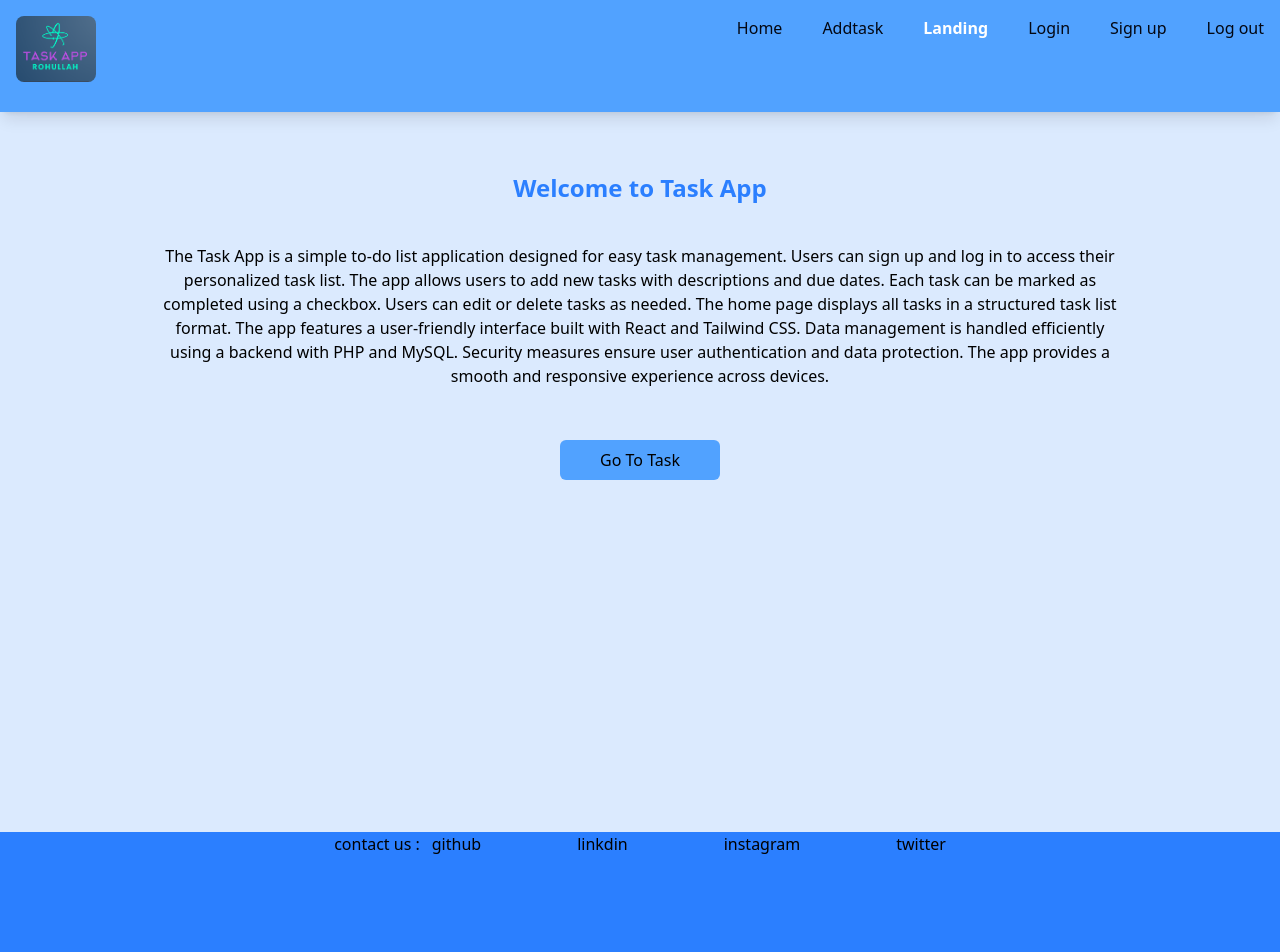
Repository: Rohullah-Noori/TaskApp
Page: /
The author's editor kept a copy of each file at every save. The page is drawn from the files as they stood at one save, then again after the next save.
The browser window is 1280 px wide. The pictures show the whole page.
The project was rebuilt for these pictures with package versions that can differ from the ones it lists, and the page was loaded fresh each time. Also part of the build but not shown: vite.config.js, src/components/Loader.jsx, src/pages/Home.jsx, src/pages/Login.jsx, src/pages/Signup.jsx, src/pages/Addtask.jsx, src/pages/Edittask.jsx, src/pages/Errorpage.jsx and 1 more.

Above is the page before, as saved 2025-03-01 05:01:19.

After the next save:
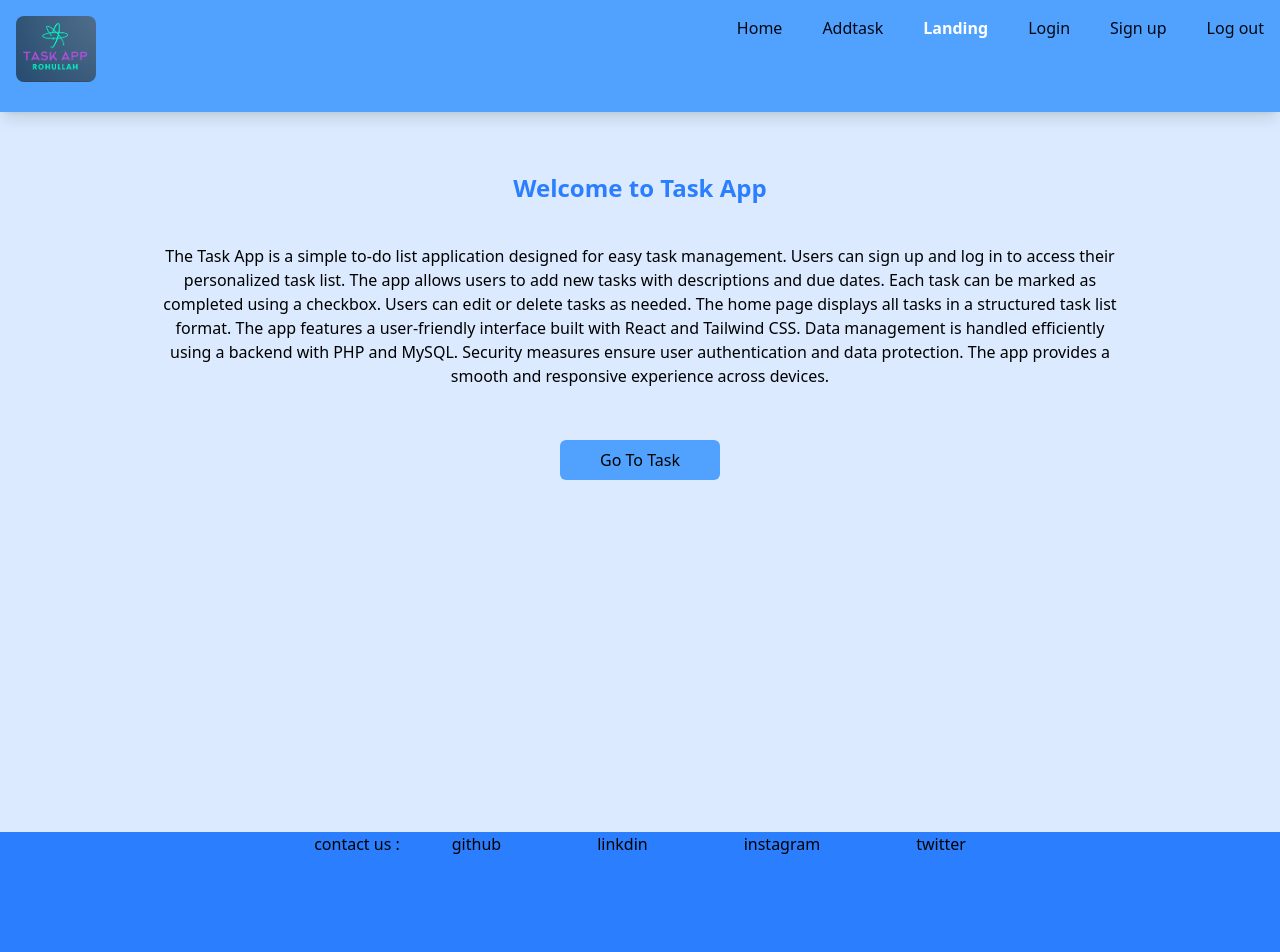
Saved 7 s later.
--- a/src/components/Footer.jsx
+++ b/src/components/Footer.jsx
@@ -1,7 +1,7 @@
 function Footer() {
   return (
     <div className="w-full">
-      <div className="bg-blue-500 w-full h-30 flex justify-center space-x-3">
+      <div className="bg-blue-500 w-full h-30 flex justify-center space-x-13">
         <div>
           <h1>contact us :</h1>
         </div>
